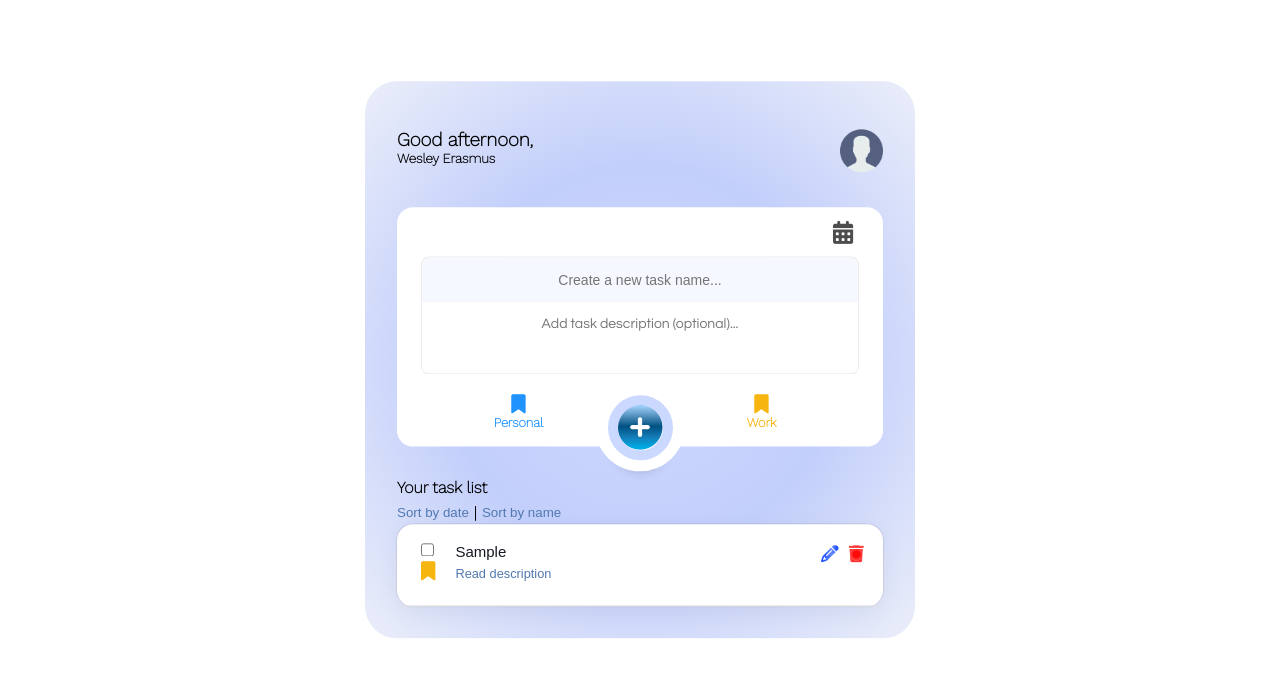
Repository: WesleyErasmus/Todo-App
Page: todoApp.html
The author's editor kept a copy of each file at every save. The page is drawn from the files as they stood at one save, then again after the next save.
The browser window is 1280 px wide. The pictures show the whole page.
Empty fields were first filled with sample values (such as "Sample", 5 or name@example.com).
After loading, the first visible `#task-list-form` was submitted once.
Some web libraries are served in a nearby version.

Above is the page before, as saved 2022-06-23 13:21:12.

### todoApp.html
<!DOCTYPE html>
<html lang="en">

<head>
    <meta charset="UTF-8">
    <meta http-equiv="X-UA-Compatible" content="IE=edge">
    <meta name="viewport" content="width=device-width, initial-scale=1.0">
    <title>Todo App</title>
    <script src="https://kit.fontawesome.com/81ea498f91.js" crossorigin="anonymous"></script>
    <link rel="stylesheet" href="/source/css/todoApp.css">
    <script src="/source/script/todoApp.js" defer></script>
</head>

<body>
    <!-- App wrapper -->
    <main class="app-wrapper">
        <!-- App header -->
        <header>
            <!-- Greeting and Name -->
            <div class="app-heading">
                <h3>Good afternoon, </h3>
                <h5>Wesley Erasmus</h5>
            </div>
            <!-- Profile picture -->
            <div id="profile-picture">
                <img src="/images/user.png" alt="" style="width: 43px;">
            </div>
        </header>

        <!-- Categories section -->
        <section>
            <form id="task-list-form">
                <div class="create-submit">
                    <span class="error-validation-message">Please enter a task title</span>
                    <!-- Task title input -->
                    <input type="text" name="title" id="title" placeholder="Create a new task name..." />
                    <!-- task description textarea -->
                    <textarea name="description" id="description" cols="30" rows="3" placeholder="Add task description (optional)..."></textarea>
                    <!-- Due date calendar icon -->
                    <span class="datePicker-toggle">
                        <span class="datePicker-toggle-button"></span>
                        <input type="date" name="date" class="datePicker-input">
                        <i class="fa-solid fa-calendar-days"></i>
                    </span>
                    <!-- Calendar tooltip message -->
                    <span class="calendar-tooltip">Add a due date</span>

                    <!-- task submit button -->
                    <button id="add-task-btn" type="submit" value="create-new-task">
                        <!-- add task button -->
                        <i class="fa-solid fa-circle-plus"></i>
                    </button>
                    <div class="circle onclick-background-change"></div>
                </div>

                <!-- Categories -->
                <div class="category-selectors">
                    <!-- Personal category -->
                    <label class="personal-category-btn onclick-background-change">
                        <input type="radio" name="category" value="Personal" class="personal-category"
                            id="personal-category"  />
                        <i class="fa-solid fa-bookmark"></i>
                        <h4 class="category-h4">Personal</h4>
                    </label>
                    <!-- Work category -->
                    <label class="work-category-btn onclick-background-change">
                        <input type="radio" name="category" value="Work" class="work-category" id="work-category" />
                        <i class="fa-solid fa-bookmark"></i>
                        <h4 class="category-h4">Work</h4>
                    </label>
                </div>
                <!-- End of categories div -->
                </div>
            </form>
        </section>

        <!-- Task list is created here, new tasks are outputted below -->
        <section class="todo-list-output">
            <div id="list-header">
                <div>Your task list</div>
            </div>
            <!-- SEARCH BAR -->
            <div id="search-filter-section">
                <!-- <form id="search-bar">
                <input type="text"
                id="search-bar"
                placeholder="Search for task...">
                <button type="submit"><i class="fa fa-search"
                id="search-submit-btn"></i></button>
                </form> -->
                <!-- filter dropdown  ***WORK IN PROGRESS*** -->
                <button id="sort-by-date" value="date">Sort by date</button>
                <p>|</p>
                <button id="sort-by-name" value="name">Sort by name</button>
                <!-- <form id="sort-tasks-form">
                    <select name="sort-by" id="sort-by">
                        <option >Sort</option>
                        <option id="sort-by-date" value="date">Sort by date</option>
                        <option id="sort-by-name" value="name">Sort by title</option>
                    </select>
                </form> -->

            </div>
            <!-- Actual task list output -->
            <div class="task-list" id="task-list">
                <!-- <div class="task-item">

                        <label id="personal-category-btn">
                        <input class="completed" type="checkbox" />
                        <input
                            type="radio"
                            name="category"
                            value="Work"
                            id="work-category" />
                            <i class="fa-solid fa-bookmark"></i>
                        </label>
                        <div class="task-content">
                            Test title
                            <p class="task-description">Lorem ipsum dolor sit amet consectetur adipisicing elit. Recusandae, deleniti.</p>
                        </div>

                        <div class="edit-delete">
                            <button class="edit"><i class="fa-solid fa-pencil"></i></button>
                            <button class="delete"><i class="fa fa-trash" aria-hidden="true"></i></button>
                            <button class="show-hide-description">Show description
                            </button>
                        </div>

                    </div> -->
            </div>
        </section>
    </main> <!-- End of App wrapper -->

</body>

</html>

### source/script/todoApp.js
window.addEventListener("load", () => {
  // tasks is set as a global variable making it accessible to other functions.
  tasks = JSON.parse(localStorage.getItem("tasks")) || [];
  // Used || [] to push new tasks to an empty array

  // Declaring to-do-list form where task gets created from user input
  const tasksForm = document.querySelector("#task-list-form");

  tasksForm.addEventListener("submit", (e) => {
    // Used to prevent form from refreshing after submit
    e.preventDefault();

    // const task targets the following elements:
    // the name ="title" value. HTML id="title" input field
    // the name ="description" value. HTML id="description" input field
    // the name ="category" value. HTML labels within the class="category-selectors" radio inputs
    const task = {
      title: e.target.elements.title.value,
      description: e.target.elements.description.value,
      category: e.target.elements.category.value,
      date: e.target.elements.date.value,
      // completed: false will set tasks to unchecked / incomplete when tasks are created
      completed: false,
      // createdAt key creates a date and time stamp for each task
      createdAt: new Date().getTime(),
    };

     // Task title form validation
     if( title.value === "" ) {
      document.querySelector(".error-validation-message").style.visibility="visible";
      // task.title.focus() ;
      task.title.border = "2px solid green";
      return false;
   }

    // adds new tasks to the "tasks" array in localStorage
    tasks.unshift(task);

    // sets "tasks" to a string (primitive value - string or number) before adding it to the tasks array in localStorage
    localStorage.setItem("tasks", JSON.stringify(tasks));

    // Resets the Tasks form to clear the task input field and the category radio buttons after the task submit button is clicked.
    e.target.reset();

    printTasksToDOM();
  });

  printTasksToDOM();
});

function printTasksToDOM() {
  const taskList = document.querySelector("#task-list");
  // Below clears each element after creating a tasks
  taskList.innerHTML = "";

  // Using a forEach to loop through each taskItem in the tasks array
  // targeting parameter "task" as a callback function
  tasks.forEach((task) => {

    // <div class="task-item">
    const taskItem = document.createElement("div");
    taskItem.classList.add("task-item");

    // label used to append task input field and category field to task items
    const taskLabel = document.createElement("label");
    // <input type="checkbox" />
    const taskInput = document.createElement("input");
    // <input id="personal-category"> || <input id="work-category">
    const taskCategory = document.createElement("div");
    // <div class="task-content">
    const taskContent = document.createElement("div");
    // <div class="edit-delete">
    const editDeleteContainer = document.createElement("div");
    // < class="edit">
    const editButton = document.createElement("button");
    // <div class="delete">
    const deleteButton = document.createElement("button");
    // <button class="show-hide-description">
    const showDescription = document.createElement("button");
    // <p class="task-description">
    const taskDescription = document.createElement("p");
    const dueDate = document.createElement("div");

    taskInput.type = "checkbox";
    taskInput.checked = task.completed;

    // If statement to delegate task categories
    if (task.category == "Personal") {
      taskCategory.classList.add("personal");
      taskCategory.style.color = "var(--personal)";
    } else {
      taskCategory.classList.add("work");
      taskCategory.style.color = "var(--work)";
    }

    // Adding classes to created HTML elements
    taskContent.classList.add("task-content");
    editDeleteContainer.classList.add("edit-delete");
    editButton.classList.add("edit");
    deleteButton.classList.add("delete");
    showDescription.classList.add("show-hide-description");
    taskDescription.classList.add("task-description");
    dueDate.classList.add("task-due-date");

    // Adding content to created HTML elements
    deleteButton.innerHTML = `<i class="fa-solid fa-trash"></i>`;
    editButton.innerHTML = `<i class="fa-solid fa-pencil"></i>`;
    taskCategory.innerHTML = `<i class="fa-solid fa-bookmark"></i>`;
    taskContent.innerHTML = `<input type="text" class="task-title" value="${task.title}" readonly>`;
    taskDescription.innerHTML = `${task.description}`;
    showDescription.innerHTML = "Read description";
    dueDate.innerHTML = `${task.date}`;

    // Child elements nested within task-item div
    taskItem.appendChild(taskLabel);
    taskItem.appendChild(taskContent);
    taskItem.appendChild(editDeleteContainer);
    // Child elements nested within the task label
    taskLabel.appendChild(taskInput);
    taskLabel.appendChild(taskCategory);
    // Nesting task-description in task-content
    taskContent.appendChild(taskDescription);
    taskContent.appendChild(showDescription);
    taskContent.appendChild(dueDate);
    // Edit, Delete, show description buttons nested in edit-delete container
    editDeleteContainer.appendChild(editButton);
    editDeleteContainer.appendChild(deleteButton);
    // Below code appends each task item to the task-list class
    taskList.appendChild(taskItem);

    // This if statement adds a HTML class of "completed". Completed tasks are then styled with text-decoration of line-through
    if (task.completed) {
      taskItem.classList.add("completed");
    }

    // Prevents undefined or null due dates from appearing in tasks
    if (dueDate.innerHTML === "") {
      dueDate.innerHTML = "";
    } else {
      dueDate.innerHTML = "Date due: " + "</br>" + `${task.date}`;
    }

    // Below are event listeners linked to the following actions:
    // * Task check box (which gets check after task is completed)
    // * Edit button
    // * Delete button
    // * Show task description button
    // >>>>>ADDED NEW CATEGORY EVENT LISTENER

    // >>>>> NEW <<<<<<<<<<<<<<
    const personalBtn = document.querySelector(".personal-category-btn");
    const workBtn = document.querySelector(".personal-work-btn");
    const categoryBg = document.querySelector(".onclick-background-change");

    function backgroundChange() {
      if(personalBtn.innerHTML === "Personal")
        button.innerHTML = "Work";
      else
        button.innerHTML = "Personal";
    }

      personalBtn.addEventListener("click", (e) => {
        for (i = 0 ; i < categoryBg.length ; ++i)
        // containers[i].classList.toggle('changeClass');
        containers[i].style.backgroundColor = "#2093ff2b"

        backgroundChange()
      });

    // Change eventListener to change task from unchecked to checked
    taskInput.addEventListener("change", (e) => {
      task.completed = e.target.checked;
      // storing checked / unchecked status of tasks to JSON localStorage
      localStorage.setItem("tasks", JSON.stringify(tasks));

      if (task.completed) {
        taskItem.classList.add("completed");
      } else {
        taskItem.classList.remove("completed");
      }
      printTasksToDOM();
    });

    // Edit button click event listener
    editButton.addEventListener("click", (e) => {
      //changes the edit icon to a save icon when clicked
      editButton.innerHTML = `<i class="fa-solid fa-floppy-disk"></i>`;
      // targets the task title input field
      const taskInput = taskContent.querySelector("input");
      // removes the readonly attribute allowing text to be edited
      taskInput.removeAttribute("readonly");
      // focus() shows that the text is now editable
      taskInput.focus();
      // addeventlistener 'blur' will stop editing when clicking outside of input field
      taskInput.addEventListener("blur", (e) => {
        taskInput.setAttribute("readonly", true);
        task.title = e.target.value;
        localStorage.setItem("tasks", JSON.stringify(tasks));
        printTasksToDOM();
      });
    });

    // SHOW & HIDE TASK DESCRIPTION

    //Won't display "read description button if there is no description"
    if (taskDescription.innerHTML === "") {
      showDescription.innerHTML = "";
    }
    // If statement to show and hide task description
    showDescription.addEventListener("click", (e) => {
      if (taskDescription.style.display === "block") {
        // shrink content
        showDescription.innerHTML = "Read description";
        taskDescription.style.display = "none";
      } else {
        // expand content
        taskDescription.style.display = "block";
        showDescription.innerHTML = "Hide description";
      }
    });

    // Event listener set to delete task on click
    deleteButton.addEventListener("click", (e) => {
      // using filter method to remove task.
      tasks = tasks.filter((i) => i != task);
      localStorage.setItem("tasks", JSON.stringify(tasks));
      printTasksToDOM();
    });

    // SORT BY ALPHABET & DATE ***WORK IN PROGRESS***
    // Sort alphabetically
    // const sortForm = document.getElementById("sort-tasks-form");
    // const nameSort = document.getElementById("sort-by-name");
  });
}

Loaded but not shown: source/css/todoApp.css (671 lines, source omitted)

After the next save:
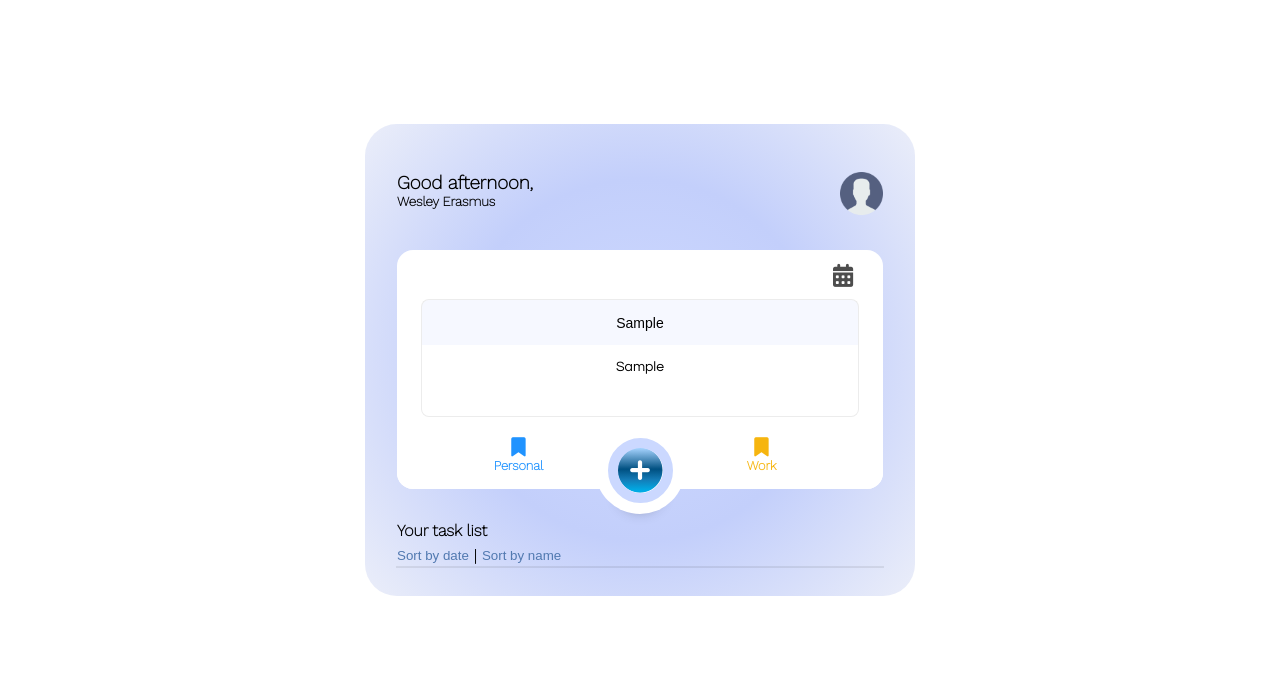
Saved 46 s later.
--- a/source/script/todoApp.js
+++ b/source/script/todoApp.js
@@ -31,6 +31,8 @@ window.addEventListener("load", () => {
       // task.title.focus() ;
       task.title.border = "2px solid green";
       return false;
+   } else {
+    return true
    }
 
     // adds new tasks to the "tasks" array in localStorage

After the save that followed:
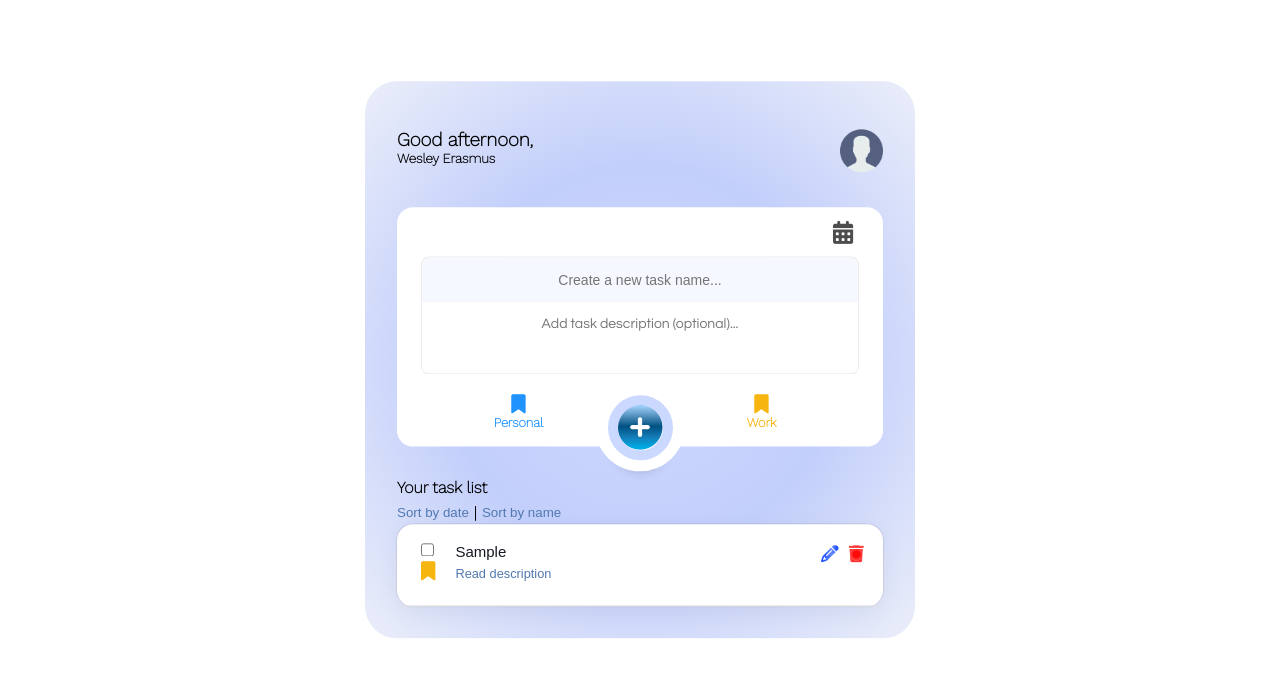
Saved 32 s later.
--- a/source/script/todoApp.js
+++ b/source/script/todoApp.js
@@ -32,7 +32,7 @@ window.addEventListener("load", () => {
       task.title.border = "2px solid green";
       return false;
    } else {
-    return true
+    document.querySelector(".error-validation-message").style.visibility="hidden";
    }
 
     // adds new tasks to the "tasks" array in localStorage
